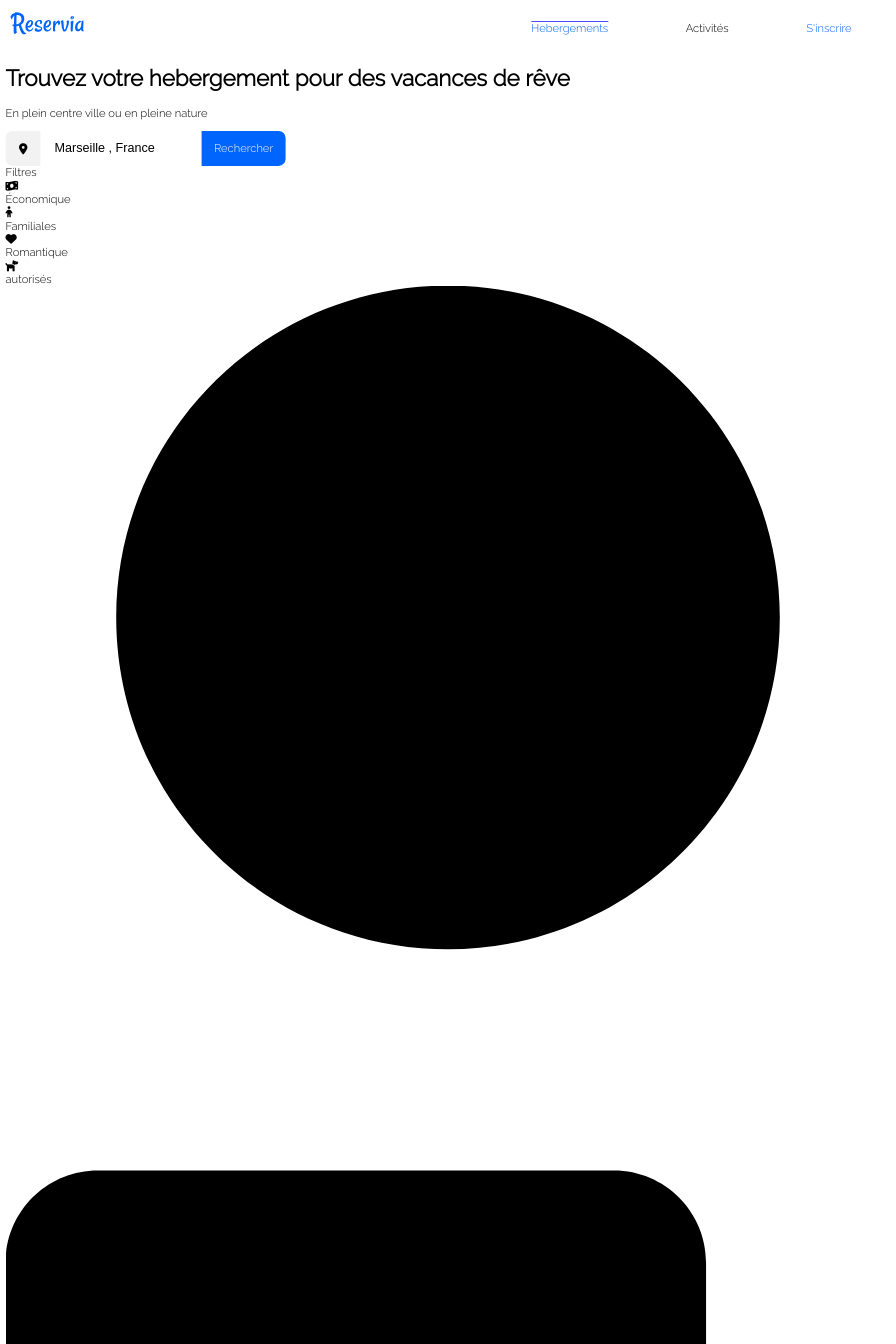
Repository: jaydeeonghub/DYLANBARBARISI_2_16062021
Page: index.html
An editor plug-in stored every save of this project. The page is shown before and after the next save, followed by the edit.
The browser window is 1280 px wide. The pictures show the part of the page from y = 0 to 1920 px (the page is 61293 px tall before and 61329 px after), at 70% of full size.
Some web libraries are served in a nearby version.

Above is the page before, as saved 2021-07-07 15:01:40.

### index.html
<!DOCTYPE html>
<html lang="fr">
<head>
    <script src="https://kit.fontawesome.com/864c7a6a3c.js" crossorigin="anonymous"></script>
    <link href="//netdna.bootstrapcdn.com/font-awesome/3.2.1/css/font-awesome.css" rel="stylesheet">
    <link rel="preconnect" href="https://fonts.gstatic.com">
    <link href="https://fonts.googleapis.com/css2?family=Raleway:wght@300&display=swap" rel="stylesheet">
    <link rel="stylesheet" href="Assets\Style\Styles.css">
        <meta charset="UTF-8">
        <meta http-equiv="X-UA-Compatible" content="IE=edge">
        <meta name="viewport" content="width=device-width, initial-scale=1.0">
    <title>Reservia</title>
</head>
<body>
    <header>
    <div class="Barre_de_navigation"> <!--Barre de navigation-->
        <div>
        <img
             class="marglogo"
             src="Assets/Logo/Reservia@3x.png"
             alt="Logo Reservia Responsive"
             srcset="Assets/Logo/Reservia.svg"
             width="120px"
             height="50px"
        />
    </div>
<nav class="LiensNav flexAround">
        <div class=" sizeLien flexCentre bordureNav">
        <a class="colorBleu decorationNone" href="#Hebergements">Hebergements</a>
    </div>
        <div><a class="LiensColor2 decorationNone" href="#Activités">Activités</a></div>
        <div><a class="colorBleu decorationNone" href="#S'inscrire">S'inscrire</a></div>
    </nav>
    </header>
<main>
    <h1 class="texteGras">
    Trouvez votre hebergement pour des vacances de rêve
    </h1> <!--Titre d'accroche de la landing page-->
    <p>En plein centre ville ou en pleine nature</p>
    <div class="filtre margFiltreTitre">
        <div class="backGris flexCentre iconSize">
            <i class="fas fa-map-marker-alt"></i></div>
        <div>
            <input
                class="recherche flexCentre bordureNone paddingSearch"
                type="search"
                value="Marseille , France"
                />
            </div>
        <div class="backBleu flexCentre buttonSearch">Rechercher</div>
          </div>

          <div class="margFiltreTitre"<h3>Filtres</h3></div>
          <div><i class="fas fa-money-bill-wave"></i><div>Économique</div></div>
          <div><i class="fas fa-child"></i><div>Familiales</div></div>
          <div><i class="fas fa-heart"></i><div>Romantique</div></div>
          <div><i class="fas fa-dog"></i><div>autorisés</div></div>
          </div>

    <img src="Assets/Icons/info-solid.svg"> <p>Plus de 500 Logements sont disponibles dans cette ville</p> <!--Nombre approximatif de logements disponibles aux alentours-->




        <section>
            <aside>
                <h2>Hébergements à Marseille</h2>
        <div>
            <img src="Assets/Images/4_small/florian-wehde-xW9e8gdotxI-unsplash.jpg"
                      />
                <span>
                    Auberge de la Cannebière
                </span>
                <span>
                    Nuit à partir de 25 Euros
                </span>
                <div>
                    <i><img src="Assets/Icons/star-solid.svg"</i>
                    <i><img src="Assets/Icons/star-solid.svg"</i>
                    <i><img src="Assets/Icons/star-solid.svg"</i>
                    <i><img src="Assets/Icons/star-solid.svg"</i>
                    <i><img src="Assets/Icons/star-solid.svg"</i>
                </div>
        <div>
            <img src="Assets/Images/4_small/kevin-hikari-rV_Qd1l-VXg-unsplash.jpg"
                    />
                <span>
                    Hôtel du port
                </span>
                <span>
                    Nuit à partir de 52 Euros
                </span>
                    <div>
                        <i><img src="Assets/Icons/star-solid.svg"</i>
                        <i><img src="Assets/Icons/star-solid.svg"</i>
                        <i><img src="Assets/Icons/star-solid.svg"</i>
                        <i><img src="Assets/Icons/star-solid.svg"</i>
                        <i><img src="Assets/Icons/star-solid.svg"</i>
                    </div>

                    <div>
                    <img src="Assets/Images/4_small/kilyan-sockalingum-NR8-cBCN3aI-unsplash.jpg"
                    />

                    <span>
                        Hôtel Les mouettes
                    </span>

                    <span>
                        Nuit à partir de 76 Euros
                        </span>

                        <div>
                            <i><img src="Assets/Icons/star-solid.svg"</i>
                            <i><img src="Assets/Icons/star-solid.svg"</i>
                            <i><img src="Assets/Icons/star-solid.svg"</i>
                            <i><img src="Assets/Icons/star-solid.svg"</i>
                            <i><img src="Assets/Icons/star-solid.svg"</i>
                        </div>
                    </div>
                        <div>
                            <img src="Assets/Images/4_small/lena-paulin-wH2-EJoDcV0-unsplash.jpg"
                            />
                            <span>
                                Hôtel de la mer
                            </span>
                            <span>
                                Nuit à partir de 46 Euros
                            </span>
                            <div>
                                <i><img src="Assets/Icons/star-solid.svg"</i>
                                <i><img src="Assets/Icons/star-solid.svg"</i>
                                <i><img src="Assets/Icons/star-solid.svg"</i>
                                <i><img src="Assets/Icons/star-solid.svg"</i>
                                <i><img src="Assets/Icons/star-solid.svg"</i>
                            </div>
                            <div>
                                <img src="Assets/Images/4_small/paul-hermann-QFTrLdQIRhI-unsplash.jpg"
                                />
                                <span>
                                    Auberge Le Panier
                                </span>
                                <span>
                                    Nuit à partir de 23 Euros
                                </span>
                                <div>
                                    <i><img src="Assets/Icons/star-solid.svg"</i>
                                    <i><img src="Assets/Icons/star-solid.svg"</i>
                                    <i><img src="Assets/Icons/star-solid.svg"</i>
                                    <i><img src="Assets/Icons/star-solid.svg"</i>
                                    <i><img src="Assets/Icons/star-solid.svg"</i>
                                </div>
                                <div>
                                    <img src="Assets/Images/4_small/reno-laithienne-QUgJhdY5Fyk-unsplash.jpg"
                                    />
                                    <span>
                                        Hôtel Chez Amina
                                    </span>
                                    <span>
                                        Nuit à partir de 96 Euros
                                    </span>
                                    <div>
                                        <i><img src="Assets/Icons/star-solid.svg"</i>
                                        <i><img src="Assets/Icons/star-solid.svg"</i>
                                        <i><img src="Assets/Icons/star-solid.svg"</i>
                                        <i><img src="Assets/Icons/star-solid.svg"</i>
                                        <i><img src="Assets/Icons/star-solid.svg"</i>
                                    </div>

            </aside><!--Hebergements à Marseille-->
            <aside>
                <h2>Les plus populaires</h2>
                <img src="#icônegraphiqueenfleche"
        <div>
            <img src="Assets/Images/4_small/florian-wehde-xW9e8gdotxI-unsplash.jpg"
                      />
                <span>
                    Hôtel le soleil du matin
                </span>
                <span>
                    Nuit à partir de 128 Euros
                </span>
                <div>
                    <i><img src="Assets/Icons/star-solid.svg"</i>
                    <i><img src="Assets/Icons/star-solid.svg"</i>
                    <i><img src="Assets/Icons/star-solid.svg"</i>
                    <i><img src="Assets/Icons/star-solid.svg"</i>
                    <i><img src="Assets/Icons/star-solid.svg"</i>
                </div>
        <div>
            <img src="Assets/Images/4_small/kevin-hikari-rV_Qd1l-VXg-unsplash.jpg"
                    />
                <span>
                    Au coeur de l'eau Chambre d'hôtes
                </span>
                <span>
                    Nuit à partir de 71 Euros
                </span>
                    <div>
                        <i><img src="Assets/Icons/star-solid.svg"</i>
                        <i><img src="Assets/Icons/star-solid.svg"</i>
                        <i><img src="Assets/Icons/star-solid.svg"</i>
                        <i><img src="Assets/Icons/star-solid.svg"</i>
                        <i><img src="Assets/Icons/star-solid.svg"</i>
                    </div>

                    <div>
                    <img src="Assets/Images/4_small/kilyan-sockalingum-NR8-cBCN3aI-unsplash.jpg"
                    />

                    <span>
                        Hôtel tout bleu et blanc
                    </span>

                    <span>
                        Nuit à partir de 68 Euros
                        </span>

                        <div>
                            <i><img src="Assets/Icons/star-solid.svg"</i>
                            <i><img src="Assets/Icons/star-solid.svg"</i>
                            <i><img src="Assets/Icons/star-solid.svg"</i>
                            <i><img src="Assets/Icons/star-solid.svg"</i>
                            <i><img src="Assets/Icons/star-solid.svg"</i>
                        </div>
                    </div>

            </aside><!-- Les plus populaires-->
    </section>
        <section>
            <h2>Activités à Marseille</h2>
        <div>
            <div>
                <img src="Assets/Images/4_small/kilyan-sockalingum-NR8-cBCN3aI-unsplash.jpg"
                />

                <span>
                    Vieux Port
                </span>
            </div>
            <div>
                <img src="Assets/Images/4_small/kilyan-sockalingum-NR8-cBCN3aI-unsplash.jpg"
                />

                <span>
                    Fort de Pomègues
                </span>
            </div>
            <div>
                <img src="Assets/Images/4_small/kilyan-sockalingum-NR8-cBCN3aI-unsplash.jpg"
                />

                <span>
                    Îles du Frioul
                </span>
            </div>
            <div>
                <img src="Assets/Images/4_small/kilyan-sockalingum-NR8-cBCN3aI-unsplash.jpg"
                />

                <span>
                    Parc National des Calanques
                </span>
            </div>
            <div>
                <img src="Assets/Images/4_small/kilyan-sockalingum-NR8-cBCN3aI-unsplash.jpg"
                />

                <span>
                    Notre-Dame-de-la-Garde
                </span>
            </div>
            <div>
                <img src="Assets/Images/4_small/kilyan-sockalingum-NR8-cBCN3aI-unsplash.jpg"
                />

                <span>
                    Parc Longchamp
                </span>
            </div>
        </div>
        </section><!-- Activités à Marseille-->


    </main>
    <footer>
        <h5>À propos</h5>
            <a href="#Fonctionnementdusite">Fonctionnement du site</a>
            <a href="#CGV">Conditions générales de vente</a>
            <a href="Confidentialité">Données et confidentialité</a>

        <h5>Nos hébergements</h5>
            <a href="#chartequalité">Charte qualité</a>
            <a href="#Soumettrehôtel">Soumettre votre hôtel</a>


        <h5>Assistance</h5>
            <a href="#Centre d'aide">Centre d'aide</a>
            <a href="#Contact">Nous contacter</a>
    </footer>


</body>
</html>

### Assets/Style/Styles.css
*
html,body {font-family: Raleway;}

li {display: inline;}

a {text-decoration: none;}

.flexCentre {

    display: flex;
    justify-content: center;
    align-items: center;
}

.flexAround {

    display: flex;
    justify-content: space-around;
    align-items: center;
}
.flexBetween {
    display: flex;
    justify-content: space-between;
    align-items: center;
}
/* NAV */
.Barre_de_navigation {
    display: flex;
    justify-content: space-between;
    align-items: center;
    font-family: Raleway;
}
.bordureNav {
    border-top: 1px solid blue;
}

.LiensNav {
    width: 45%;
}
.LiensNav2 {
    width: 140px;
    height: 99px;
}
.texteGras {

    font-weight: bold;
}
.sizeNav {
    height: 100px;
}



.LiensColor2 {
    color: black;
}
.marglogo {
    margin-bottom: 10px;
}

/* Colors */
.colorBleu {
    color: #0065fc;
}
.colorBleuClair {
    color: #deebff
}
.colorGris {
    color: #f2f2f2
}
.backBleu {
    background-color: #0065fc;
}
.backBleuClair {
    background-color: #deebff
}
.backGris {
    background-color: #f2f2f2
}

/* HEADER*/
.bordureSearch {
    width: 400px;
    border-radius: 10px;
    border: 0.5px solid ;
}
.paddingSearch {
    padding-left: 20px;
}
.recherche {
    height: 50px;
    width: 230px;
    font-size: 18px;
    color: black
    font-weight: bold
}
.iconSize {
    height: 50px;
    width: 50px;
    border-radius: 10px 0 0 10px;
}
.buttonSearch {
    height: 50px;
    width: 120px;
    color: white;
    cursor: pointer;
    border-radius: 0 10px 10px 0;
}
/* Filtres */

.filtre {
    display: flex;
    align-items: center;
}
.margFiltre {
    margin-top: 50px;
    margin-bottom: 40px;
}
.margFiltreTitre {
    margin-right: 20px;
}
.filtreTexteIcons {
    border: 2px solid #f2f2f2;
    height: 50px;
    border-radius: 30px;
    margin-right: 20px;
}
.bordureNone {
    border-style: none
}

After the next save:
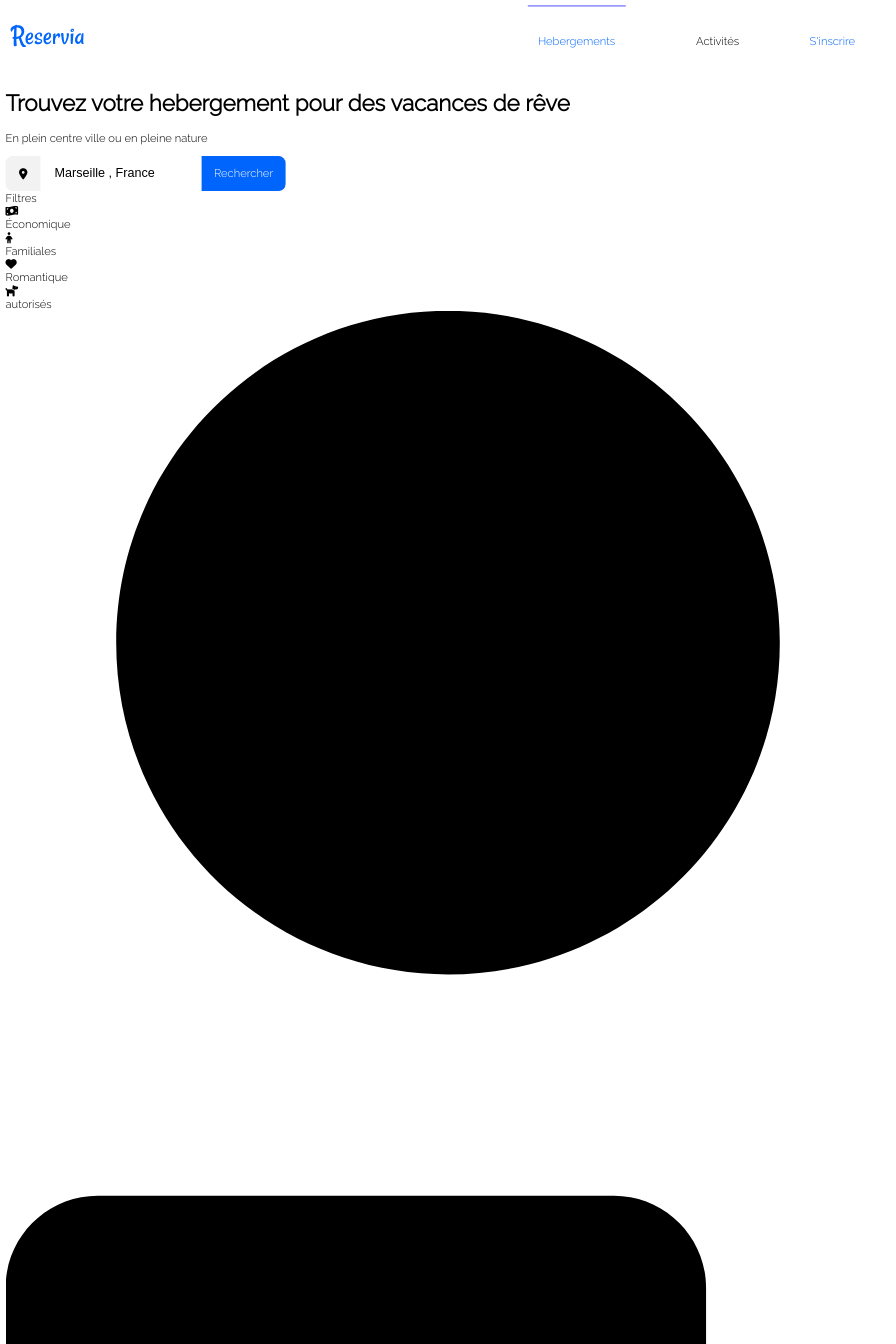
Saved 7 min 36 s later.
--- a/index.html
+++ b/index.html
@@ -25,7 +25,7 @@
         />
     </div>
 <nav class="LiensNav flexAround">
-        <div class=" sizeLien flexCentre bordureNav">
+        <div class=" LiensNav2 flexCentre bordureNav">
         <a class="colorBleu decorationNone" href="#Hebergements">Hebergements</a>
     </div>
         <div><a class="LiensColor2 decorationNone" href="#Activités">Activités</a></div>
